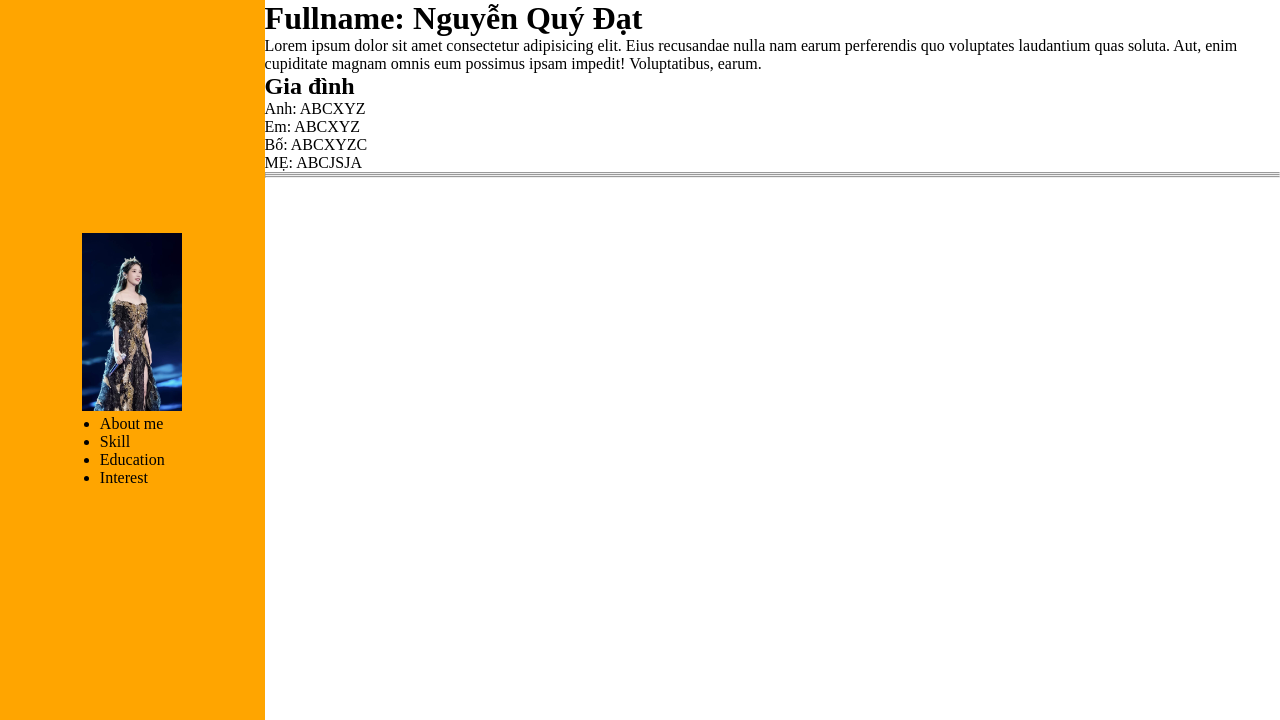
Repository: KinD2704/Web-University
Page: test/index.html
The author's editor kept a copy of each file at every save. The page is drawn from the files as they stood at one save, then again after the next save.
The browser window is 1280 px wide. The pictures show the whole page.

Above is the page before, as saved 2023-12-01 22:35:11.

After the next save:
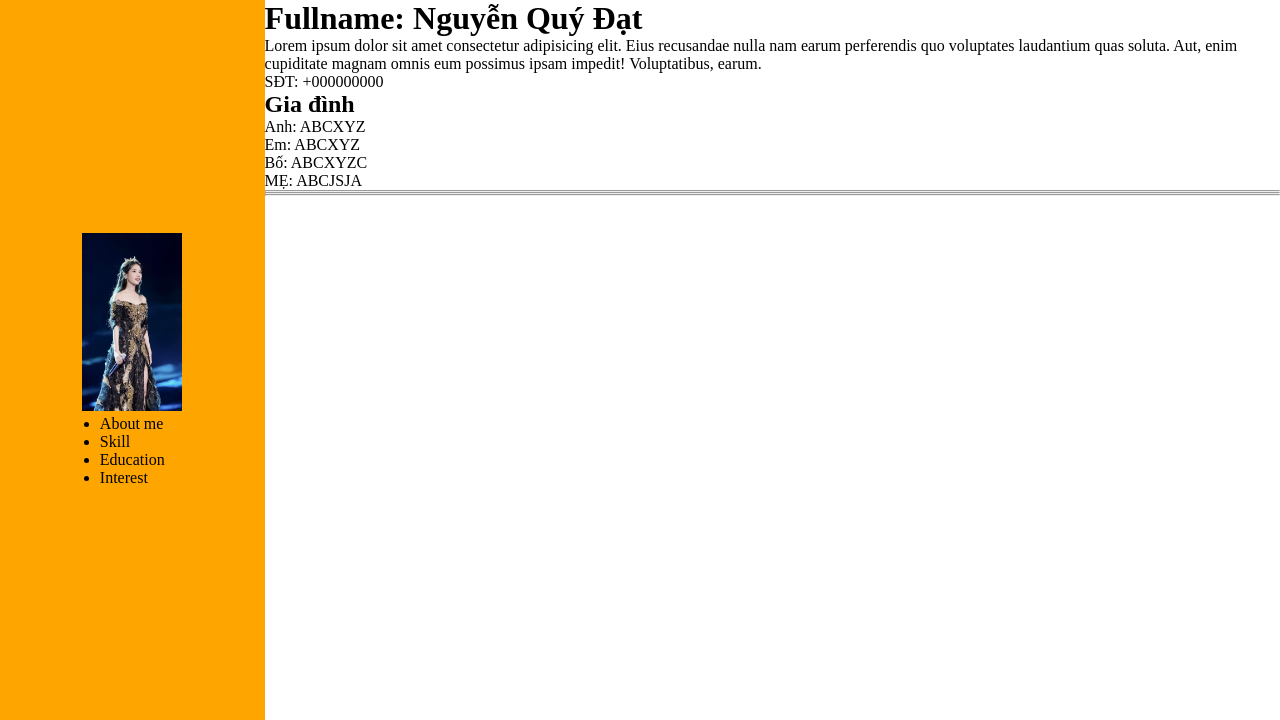
Saved 60 s later.
--- a/test/index.html
+++ b/test/index.html
@@ -35,6 +35,7 @@
                         magnam omnis eum possimus ipsam impedit! Voluptatibus,
                         earum.
                     </p>
+                    <p>SĐT: +000000000</p>
                     <h2>Gia đình</h2>
                     <p>Anh: ABCXYZ</p>
                     <p>Em: ABCXYZ</p>
